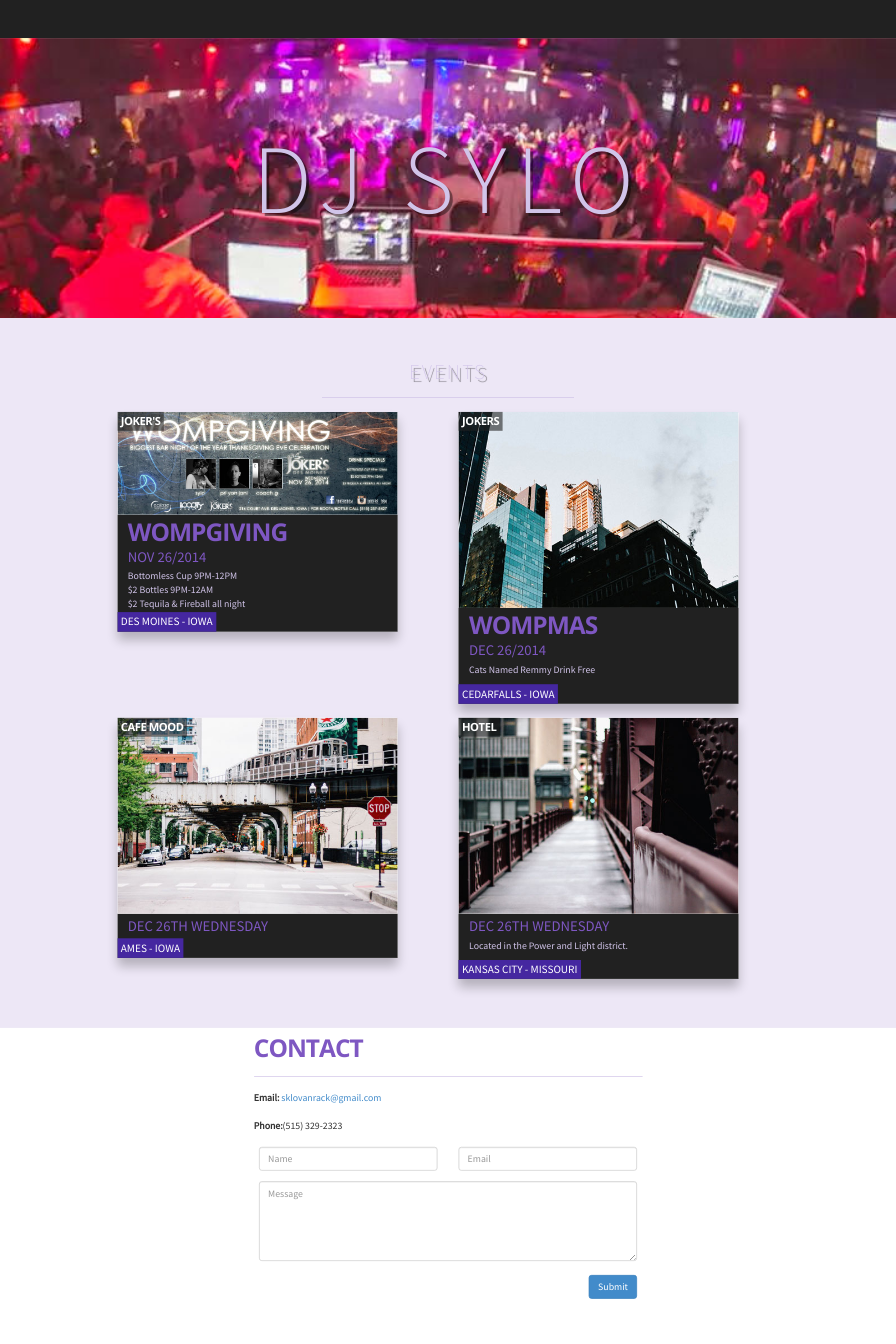
Repository: BambooXLotus/DjSylo
Page: client/index.html
The author's editor kept a record of every edit. The page is drawn from the files as they stood at one moment, then again after the next edit.
The browser window is 1280 px wide. The pictures show the part of the page from y = 1949 to 3869 px (the page is 4202 px tall), at 70% of full size.
Some icons come from a web library that is not loaded, so they are not drawn. Backgrounds fixed to the window are drawn as part of the page. Some web libraries are served in a nearby version.

Above is the page before.

After the next edit:
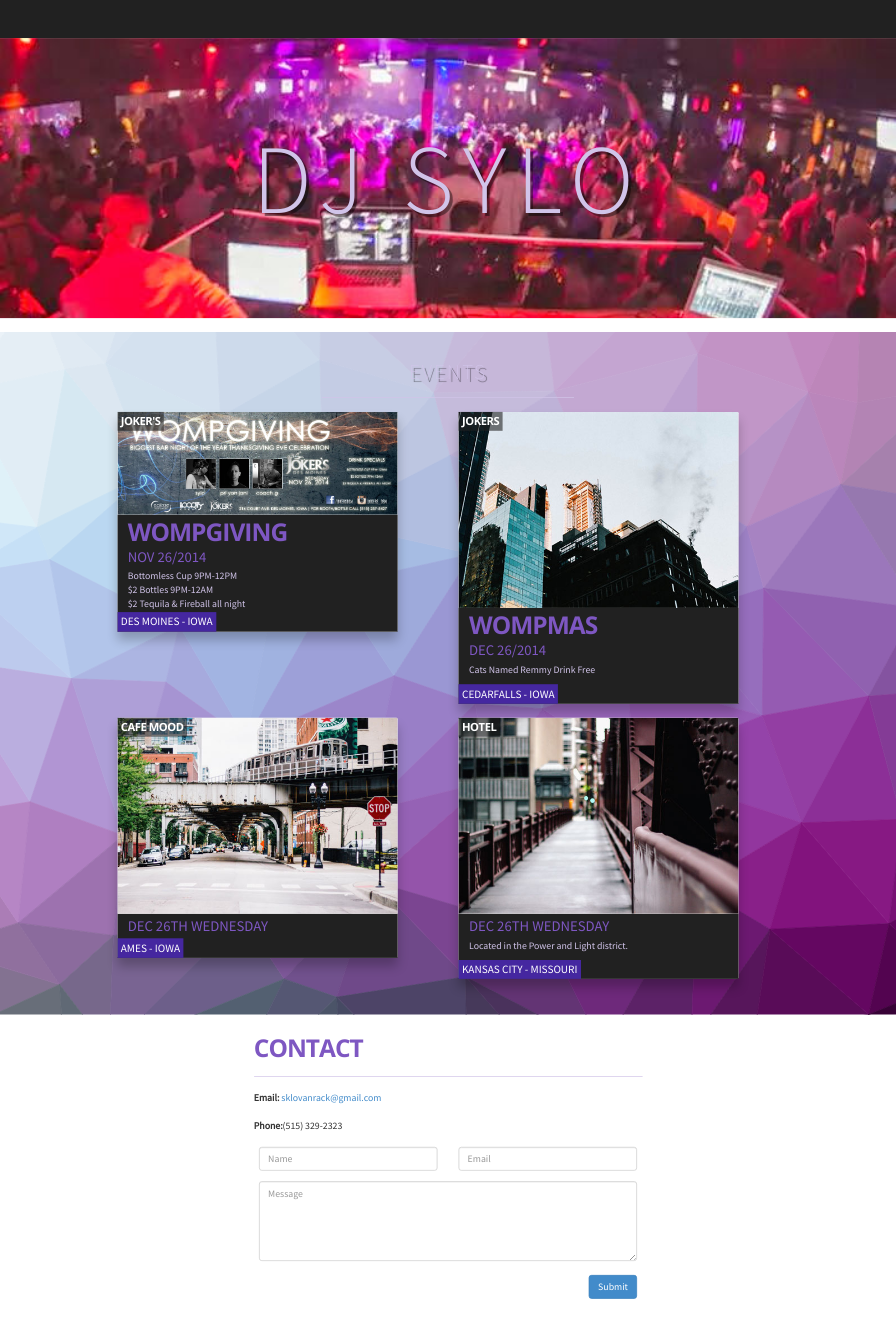
The edit:
--- a/client/css/stylish-portfolio.css
+++ b/client/css/stylish-portfolio.css
@@ -230,7 +230,9 @@
 /* Portfolio */
 
 .portfolio {
-  background: #EDE7F6;
+  background-size: contain;
+  -webkit-background-origin:border;
+  background: url(../svg/purp-tri-bg.svg) no-repeat center center scroll;
   padding: 50px 0;
 }
 .portfolio-item {
